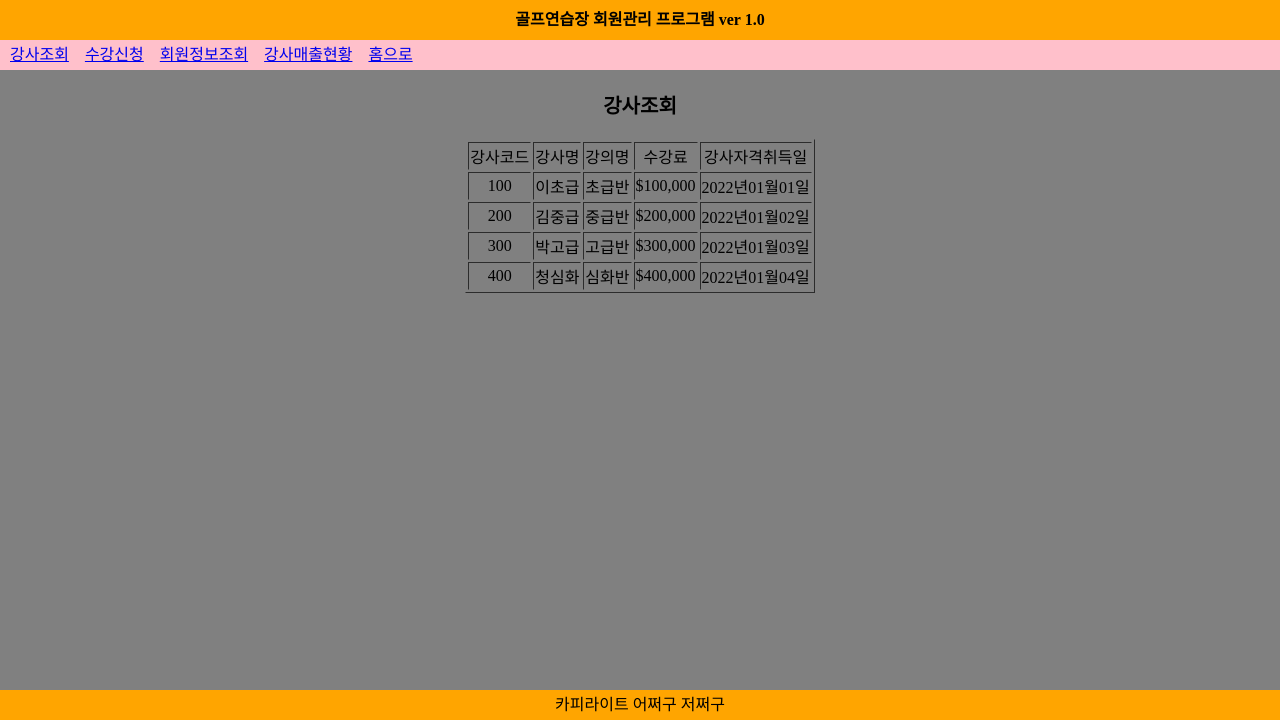
Repository: wjdwlgns1101/school_hrd
Page: http://localhost/hrd_30111_1_/t_list.jsp
An editor plug-in stored every save of this project. The page is shown before and after a run of saves, followed by the edit.
The browser window is 1280 px wide. The pictures show the whole page.
The page is served by Tomcat 9. The database holds what the project's SQL file puts in it.

Above is the page before, as saved 2024-05-06 15:01:36.

After the next 2 saves:
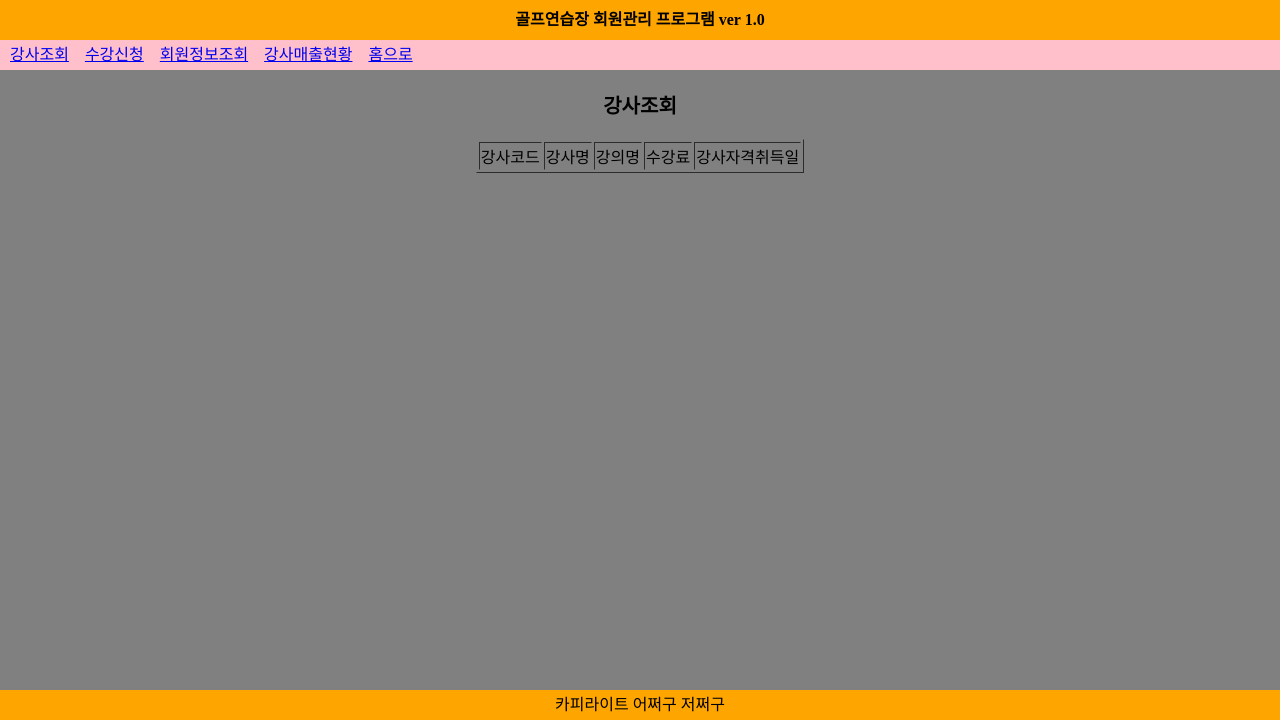
The 2 saves are shown as one change because they came seconds apart.
The last was saved 31 s later.
--- a/hrd_30111_(1)/hrd_30111(1)/src/main/webapp/t_list.jsp
+++ b/hrd_30111_(1)/hrd_30111(1)/src/main/webapp/t_list.jsp
@@ -34,22 +34,16 @@
 		 String c_price = rs.getString("class_price");
 		 String t_date = rs.getString("teach_resist_date");
 
-		 String price = "";
-		 if (c_price.length() >= 6) {
-		     price = "$" + c_price.substring(0, 3) + "," + c_price.substring(3, 6);
-		 }
+		 String price ="$" + c_price.substring(0,3) + "," + c_price.substring(4,7);
+		 String class_data = t_date.substring(0,4)+"년"+t_date.substring(4,6)+"월"+t_date.substring(6,8)+"일";
 
-		 String class_data = "";
-		 if (t_date.length() >= 8) {
-		     class_data = t_date.substring(0, 4) + "년" + t_date.substring(4, 6) + "월" + t_date.substring(6, 8) + "일";
-		 }
 %>
 	<tr>
 		<td><%= t_code %></td>
 		<td><%= t_name %></td>
 		<td><%= c_name %></td>
-		<td><%= price %></td>
-		<td><%= class_data %></td>
+		<td><%= c_price %></td>
+		<td><%= t_date %></td>
 
 	</tr>
 		 <%
@@ -58,7 +52,16 @@
  }catch(Exception e){
 	    e.printStackTrace();
  }
+
+
+
 %>
+
+
+
+
+
+
 </table>
 </div>
 </section>

After the save that followed:
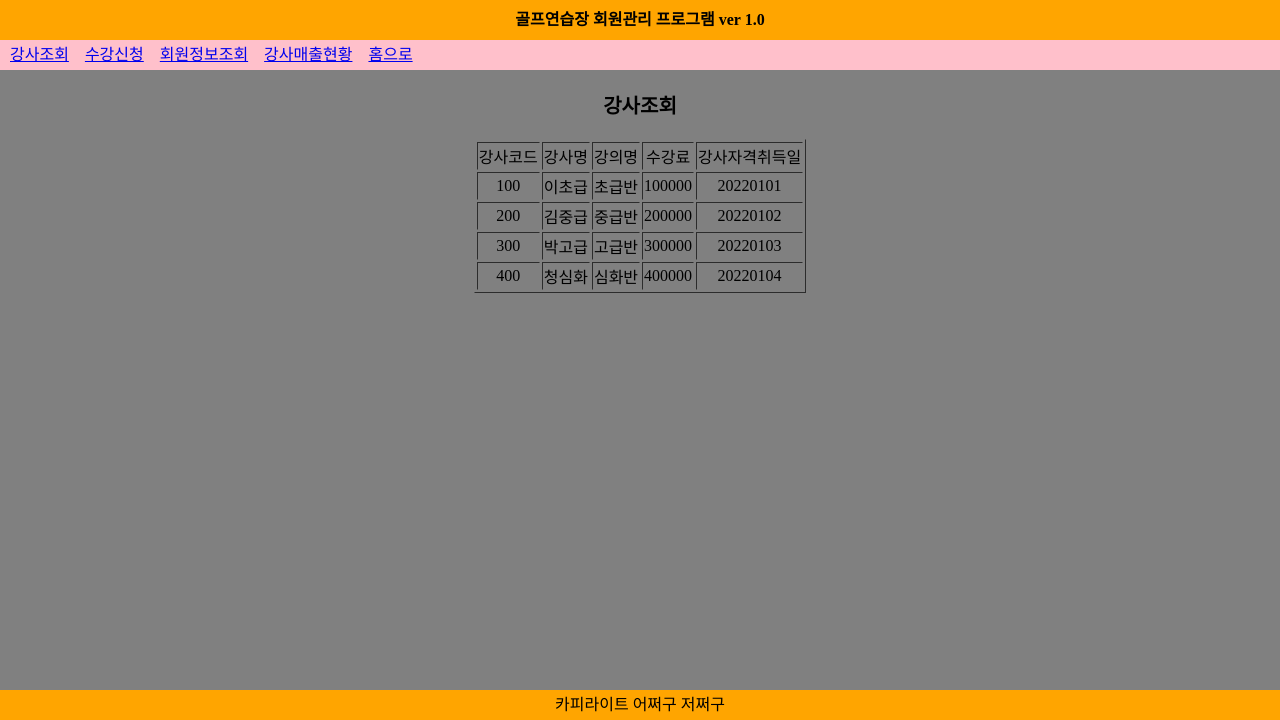
Saved 18 s later.
--- a/hrd_30111_(1)/hrd_30111(1)/src/main/webapp/t_list.jsp
+++ b/hrd_30111_(1)/hrd_30111(1)/src/main/webapp/t_list.jsp
@@ -34,7 +34,7 @@
 		 String c_price = rs.getString("class_price");
 		 String t_date = rs.getString("teach_resist_date");
 
-		 String price ="$" + c_price.substring(0,3) + "," + c_price.substring(4,7);
+		 String price ="$" + c_price.substring(0,3) + "," + c_price.substring(3,6);
 		 String class_data = t_date.substring(0,4)+"년"+t_date.substring(4,6)+"월"+t_date.substring(6,8)+"일";
 
 %>
